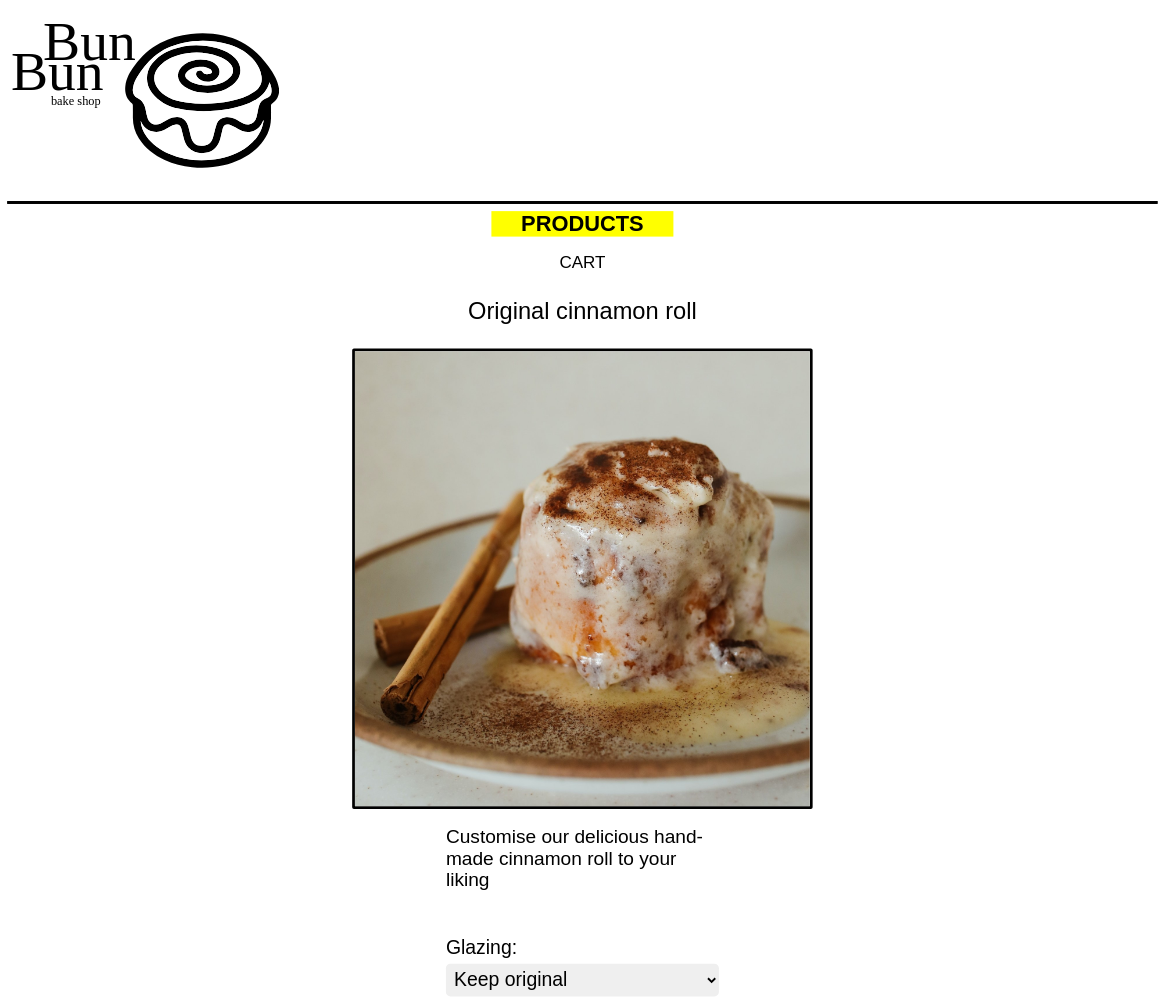
Repository: alicianghm/pui-hw
Page: solution-hw1/HW1-Detail.html
These files come from the project's save history. The page is drawn as it stood at one moment and after the next save; the edit follows.
The browser window is 1280 px wide. The pictures show the whole page, at 91% of full size.

Above is the page before, as saved 2022-09-08 10:01:18.

### solution-hw1/HW1-Detail.html
<!DOCTYPE html>
<html>
  <head>
    <meta charset="utf-8">
    <meta name="author" content="Alicia Ng">
    <title>Bun Bun Bake Shop</title>
    <link href="hw1.css" rel="stylesheet" type="text/css">
  </head>
  <body>
    <h1 id="logo"><img src="assets/logo-01.svg"></h1>
    <hr size="3"
        color="black">
    <div id="nav">
      <h2 id="selectedButton">PRODUCTS</h2>
      <div class="cartButton"><h3>CART</h3></div>
    </div>
    <div>
      <p class="itemTitle"> Original cinnamon roll</p>
      <img src="assets/original-cinnamon-roll.jpeg" id="itemPage">
      <br>
      <div id="container">
        <p class="description"> Customise our delicious hand-made cinnamon roll to your liking</p>
          <div class="dropdown-detail">
            <p class="dropdownTitle">Glazing:</label>
            <div class="options">
              <select class="glazing">
                <option value="Keep original">Keep original</option>
                <option value="Sugar milk">Sugar milk</option>
                <option value="Vanilla milk">Vanilla milk</option>
                <option value="Double chocolate">Double chocolate</option>
              </select>
            </div>
          </div>
        </div>
      </div>
    </div>
  </body>
  </html>

### solution-hw1/hw1.css
body{
  font-family: Arial, Helvetica, sans-serif;
}

#logo{
  max-width: 300px;
}

h2,h3 {
  font-family: Arial, Helvetica, sans-serif;
  font-weight: 300;
  text-align: center;
}

a{
  text-decoration: none;
  color: black;
}

#nav:hover{
  width: 200px;
  margin: 0 auto;
}

.productButton :hover{
  background-color: yellow;
  vertical-align: middle;
  font-weight: 800;
}

.cartButton :hover{
  background-color: yellow;
  text-align: center;
  font-weight: 800;
}

#container{
  width: 300px;
  margin: 0 auto;
}

p {
  font-family: Arial, Helvetica, sans-serif;
  font-weight: 300;
  text-align: center;
}
#title{
  font-size: 32px;
}
.inventory{
  display: block;
  margin: 0 auto;
  width: 302px;
  padding: 2px;
}
.inventory:hover{
  background-color: yellow;
  margin: 0 auto;
  padding: 2px;
}

#itempic{
  width: 300px;
  margin: 0px auto 0px auto;
  border-radius: 2px;
  border-style: solid;
}
.item{
  text-decoration: underline;
  font-size: 26px;
  text-align: left;
  line-height: auto;
}

.price{
  font-size: 28px;
  text-align: left;
  line-height: 10pt;
}

#selectedButton{
  background-color: yellow;
  font-weight: 800;
  margin: 0 auto;
  width: 200px;

}

.itemTitle{
  font-size: 26px;
}

#itemPage{
  width: 500px;
  border-radius: 2px;
  border-style: solid;
  margin: 0 auto;
  display: block;
}

.description{
  width: 300px;
  margin: 0 auto;
  font-size: 21px;
  text-align: left;
  padding-bottom:50px;
}

.dropButton{
  color: red;
  background-color: white;
  border: black;
  border-style: solid;
  font-size: 16px;
  padding: 10px 50px 10px 5px;
}

.dropdown-detail{
  font-size: 16pt;
}

.glazing{
  font-size: 16pt;
  padding: 5px;
}

p.dropdownTitle{
  padding-bottom: 5px;
  margin: 0 auto;
  text-align: left;
}

.glazing{
  width: 300px;
  border-style: solid;
  border-color: black;
  border: 5px;
  border-radius: 5px;
}

After the next save:
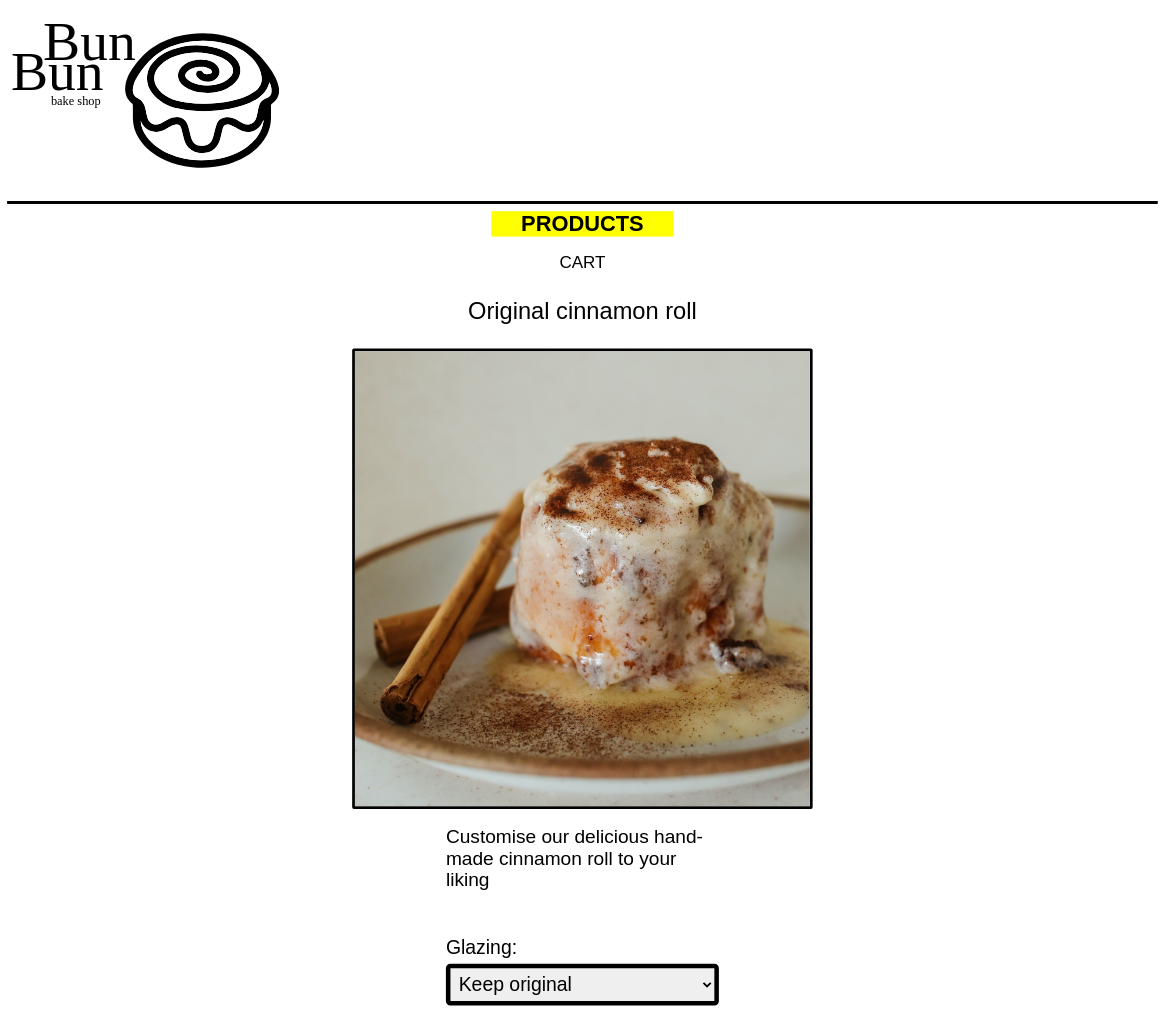
Saved 12 s later.
--- a/solution-hw1/hw1.css
+++ b/solution-hw1/hw1.css
@@ -132,8 +132,8 @@
 
 .glazing{
   width: 300px;
+  border: 5px;
   border-style: solid;
   border-color: black;
-  border: 5px;
   border-radius: 5px;
 }
